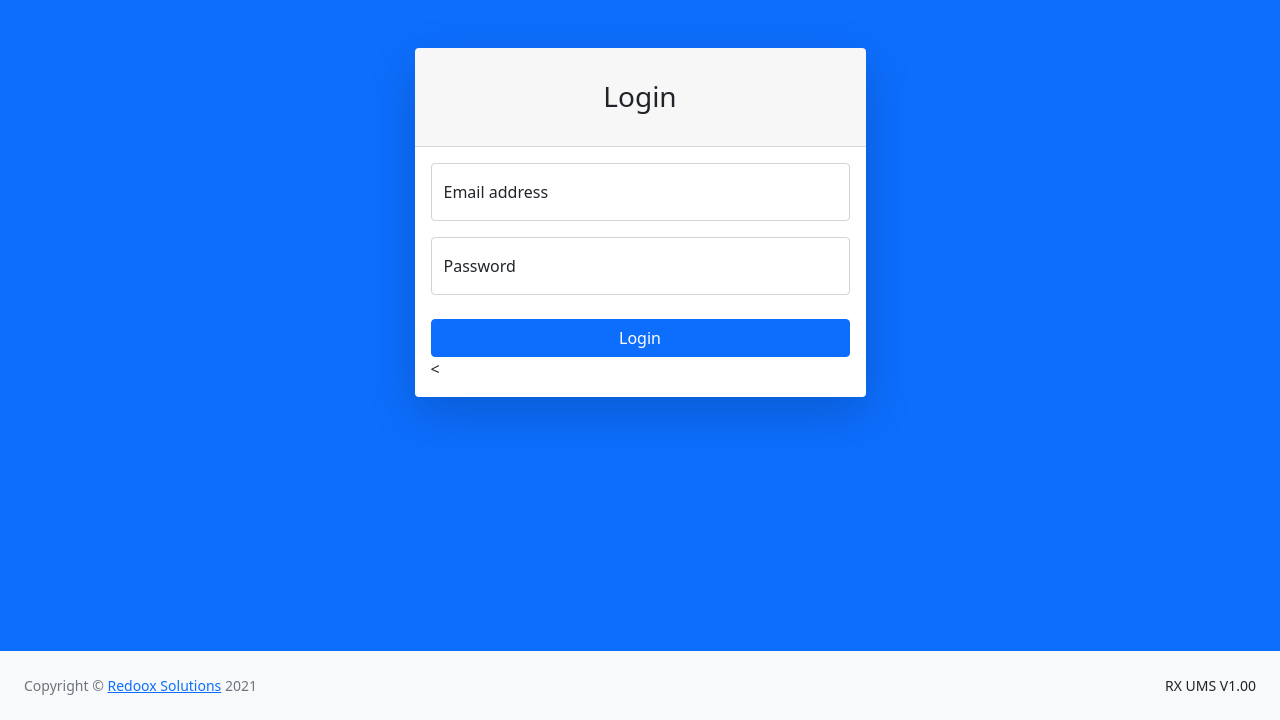
Repository: beroge/proactiveIT
Page: http://localhost/admin/login.php
The author's editor kept a copy of each file at every save. The page is drawn from the files as they stood at one save, then again after a run of saves.
The browser window is 1280 px wide. The pictures show the whole page.
The page is run by PHP 8.4 with error messages shown; the project is at /var/www/html/.

Above is the page before, as saved 2023-05-07 14:52:45.

### admin/login.php
<?php
    session_start();
    ob_start();
 ?>
<!DOCTYPE html>
<html lang="en">
    <head>
        <meta charset="utf-8" />
        <meta http-equiv="X-UA-Compatible" content="IE=edge" />
        <meta name="viewport" content="width=device-width, initial-scale=1, shrink-to-fit=no" />
        <meta name="description" content="" />
        <meta name="author" content="" />
        <title>Login</title>
        <link href="css/styles.css" rel="stylesheet" />
        <script src="https://cdnjs.cloudflare.com/ajax/libs/font-awesome/5.15.3/js/all.min.js" crossorigin="anonymous"></script>
    </head>
    <body class="bg-primary">
        <div id="layoutAuthentication">
            <div id="layoutAuthentication_content">
                <main>
                    <div class="container">
                        <div class="row justify-content-center">
                            <div class="col-lg-5">
                                <div class="card shadow-lg border-0 rounded-lg mt-5">
                                    <div class="card-header">
                                        <h3 class="text-center font-weight-light my-4">Login</h3>
                                    </div>
                                        <?php
                                        if (isset($_SESSION['msg'])) {
                                            echo $_SESSION['msg'];
                                            unset($_SESSION['msg']);
                                        }
                                        ?>
                                    <div class="card-body">
                                        <form action="action/loginProcess.php" method="post">
                                            <div class="form-floating mb-3">
                                                <input class="form-control" name="username" type="text" placeholder="admin" autocomplete="off" />
                                                <label>Email address</label>
                                            </div>
                                            <div class="form-floating mb-3">
                                                <input class="form-control" name="password" type="password" placeholder="Password" autocomplete="off"/>
                                                <label >Password</label>
                                            </div>
                                            <div class="d-flex align-items-center justify-content-between mt-4 mb-0">
                                                <input type="submit" name="login" class="btn w-100 btn-primary" value="Login">
                                            </div>
                                            <
                                        </form>
                                    </div>
                                </div>
                            </div>
                        </div>
                    </div>
                </main>
            </div>
            <div id="layoutAuthentication_footer">
                <footer class="py-4 bg-light mt-auto">
                    <div class="container-fluid px-4">
                        <div class="d-flex align-items-center justify-content-between small">
                            <div class="text-muted">Copyright &copy; <a href="https://www.redoox.com" target="_blank">Redoox Solutions</a> 2021</div>
                            <div>
                                RX UMS V1.00
                            </div>
                        </div>
                    </div>
                </footer>
            </div>
        </div>
        <script src="https://cdn.jsdelivr.net/npm/bootstrap@5.1.3/dist/js/bootstrap.bundle.min.js" crossorigin="anonymous"></script>
        <script src="js/scripts.js"></script>
    </body>
</html>

### admin/js/scripts.js

window.addEventListener('DOMContentLoaded', event => {

    // Toggle the side navigation
    const sidebarToggle = document.body.querySelector('#sidebarToggle');
    if (sidebarToggle) {
        // Uncomment Below to persist sidebar toggle between refreshes
        // if (localStorage.getItem('sb|sidebar-toggle') === 'true') {
        //     document.body.classList.toggle('sb-sidenav-toggled');
        // }
        sidebarToggle.addEventListener('click', event => {
            event.preventDefault();
            document.body.classList.toggle('sb-sidenav-toggled');
            localStorage.setItem('sb|sidebar-toggle', document.body.classList.contains('sb-sidenav-toggled'));
        });
    }

});

Loaded but not shown: admin/css/styles.css (library)

After the next 2 saves:
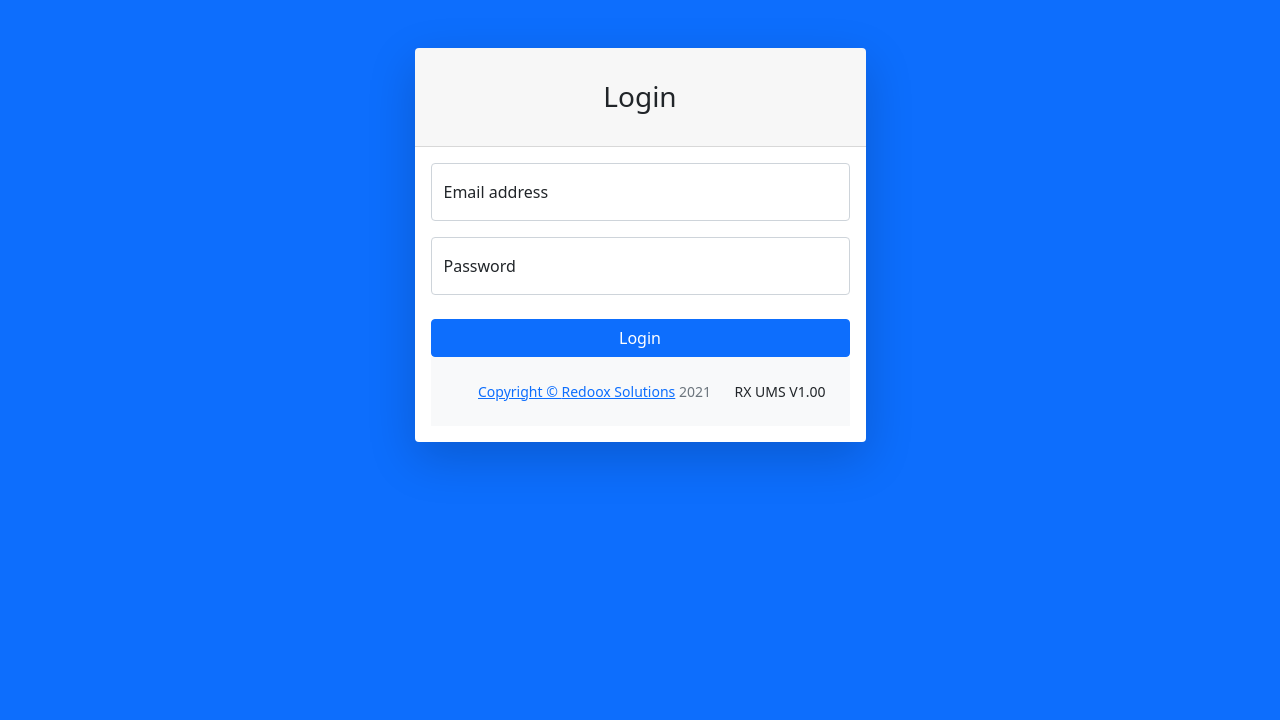
The 2 saves are shown as one change because they came seconds apart.
The last was saved 8 s later.
--- a/admin/login.php
+++ b/admin/login.php
@@ -44,7 +44,7 @@
                                             <div class="d-flex align-items-center justify-content-between mt-4 mb-0">
                                                 <input type="submit" name="login" class="btn w-100 btn-primary" value="Login">
                                             </div>
-                                            <
+                                            <a href="
                                         </form>
                                     </div>
                                 </div>
